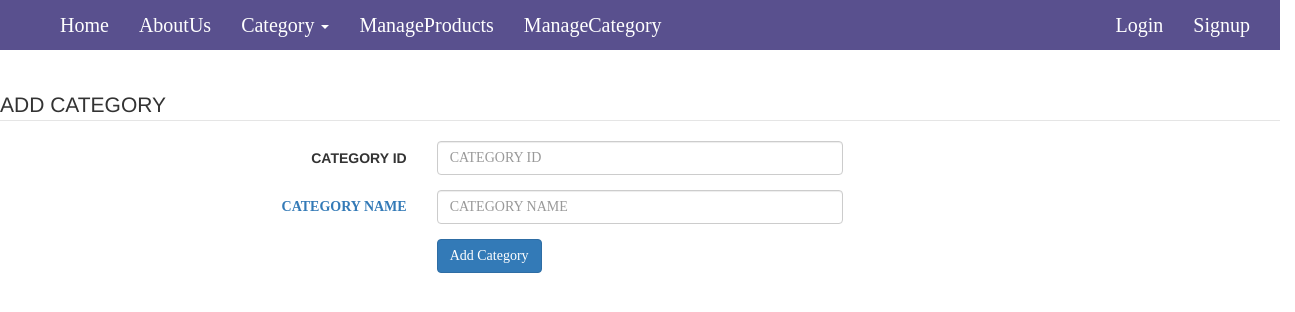
Repository: qwertuy/DTPROGRAMSPROJECTS
Page: http://localhost/Ecommerce/WEB-INF/views/AddingCategory.jsp
These files come from the project's save history. The page is drawn as it stood at one moment and after the next save; the edit follows.
The browser window is 1280 px wide. The page is 1295 px wide, so the pictures cover 1295 px, including what lies to the right of the window. The pictures show the whole page.
Some web libraries are served in a nearby version. The page is served by Tomcat 9. Nobody is signed in. The template is opened directly, without the code that normally fills it, so the values that code supplies are empty.

Above is the page before, as saved 2018-03-18 10:17:20.
Console error: SyntaxError: Unexpected token '{'

After the next save:
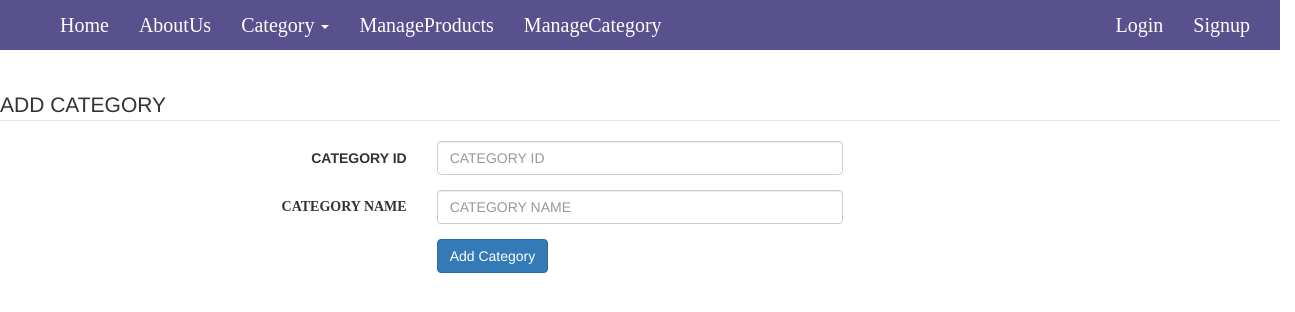
Saved 71 s later.
--- a/Ecommerce/src/main/webapp/WEB-INF/views/AddingCategory.jsp
+++ b/Ecommerce/src/main/webapp/WEB-INF/views/AddingCategory.jsp
@@ -24,7 +24,6 @@
 <!-- Text input-->
 <div class="form-group">
   <label class="col-md-4 control-label" for="product_id">CATEGORY ID</label>
-  <a href="" style="font-family:Aharoni">
   <div class="col-md-4">
   <input id="category_id"  name="c_id" placeholder="CATEGORY ID" class="form-control input-md" required="" type="text">
 
